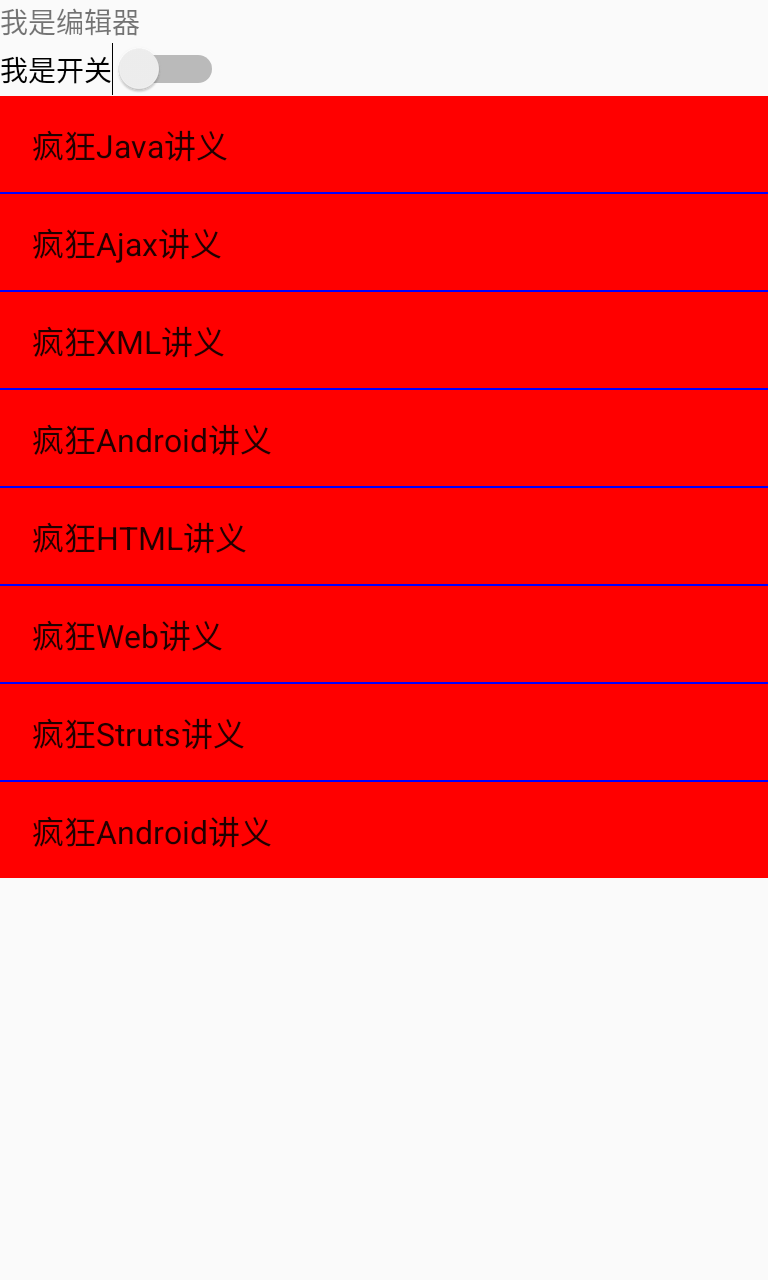
Repository: BingoBinBingo/androidWorkPlace
Layout: firstAndroid/res/layout/activity_main.xml
The author's editor kept a copy of each file at every save. The layout is drawn from the files as they stood at one save, then again after a run of saves.
It is drawn on a 768 x 1280 px phone screen (xhdpi) without system bars, with theme AppTheme; the app's code is not run. Lists and similar views that code fills are empty.

Above is the layout before, as saved 2015-08-26 09:37:31.

After the next 2 saves:
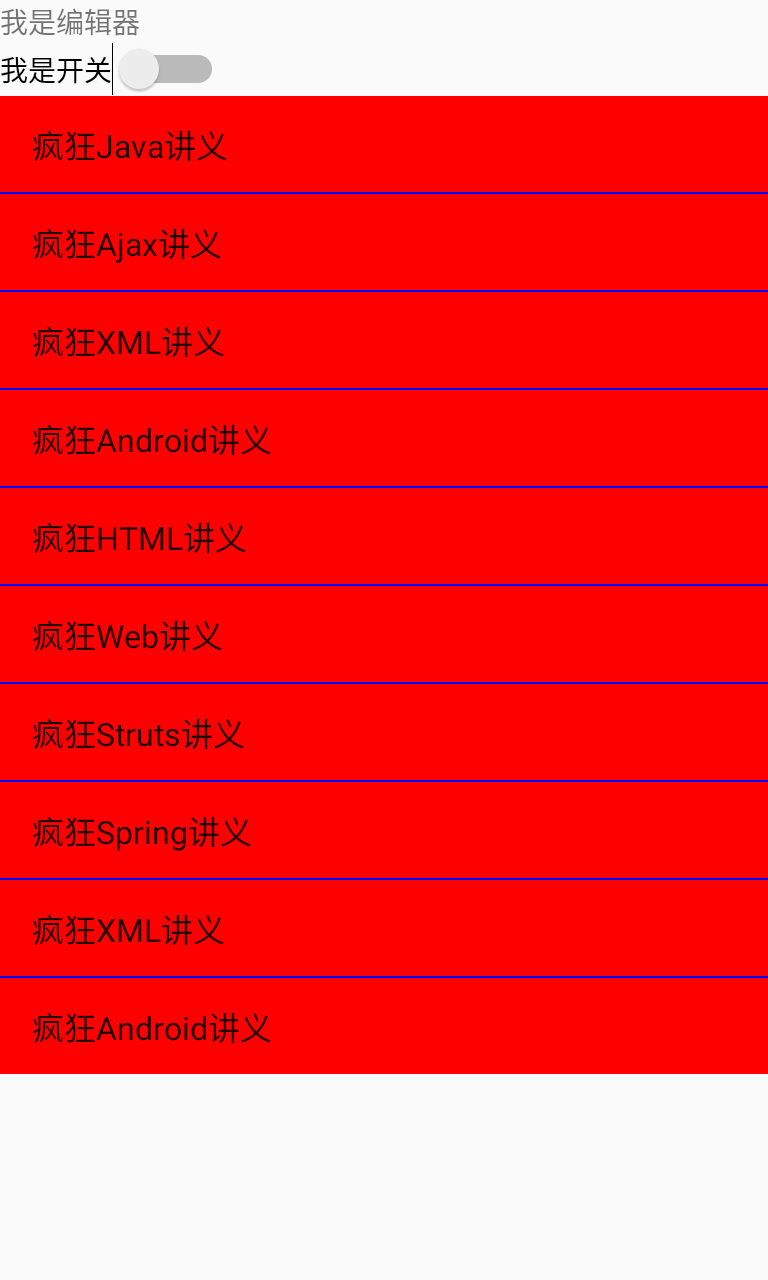
The 2 saves are shown as one change because they came seconds apart.
The last was saved 8 s later.
--- a/firstAndroid/res/values/arrays.xml
+++ b/firstAndroid/res/values/arrays.xml
@@ -8,6 +8,8 @@
 		<item>疯狂HTML讲义</item>
 		<item>疯狂Web讲义</item>
 		<item>疯狂Struts讲义</item>
+		<item>疯狂Spring讲义</item>
+		<item>疯狂XML讲义</item>
 		<item>疯狂Android讲义</item>
 	</string-array>
 </resources>
